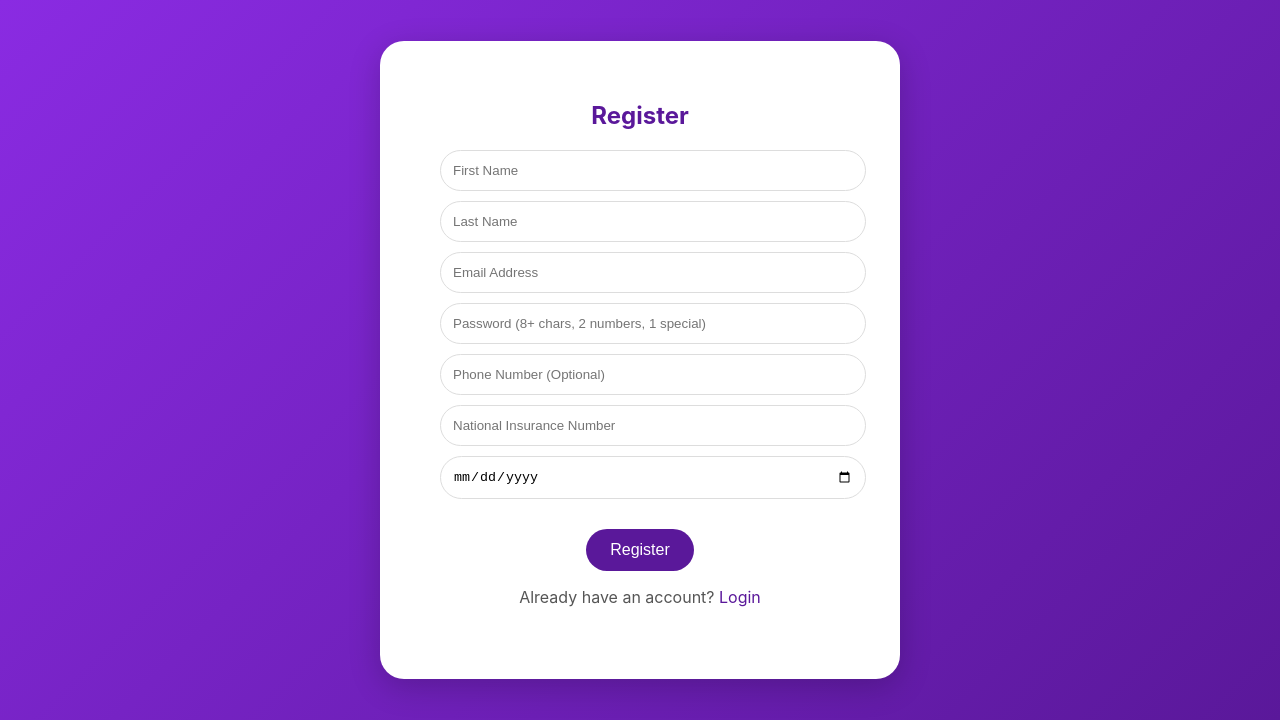
Repository: aab232/https---github.com-aab232-Deferred-Payment-Platform
Page: /register (app in frontend/)
The author's editor kept a copy of each file at every save. The page is drawn from the files as they stood at one save, then again after the next save.
The browser window is 1280 px wide. The pictures show the whole page.
The project was rebuilt for these pictures with package versions that can differ from the ones it lists, and the page was loaded fresh each time. Also part of the build but not shown: frontend/src/components/Home.js, frontend/src/components/Login.js.

Above is the page before, as saved 2025-03-18 00:25:30.

### frontend/src/App.js
import React from 'react';
import { BrowserRouter as Router, Routes, Route } from 'react-router-dom';
import Home from './components/Home';
import Register from './components/Register';
import Login from './components/Login';

const App = () => {
  return (
    <Router>
      <Routes>
        <Route path="/" element={<Home />} />
        <Route path="/login" element={<Login />} />
        <Route path="/register" element={<Register />} />
      </Routes>
    </Router>
  );
};

export default App;

### frontend/src/components/Register.js
import React, { useState } from 'react';
import axios from 'axios';
import { useNavigate } from 'react-router-dom';
import './Form.css';

const Register = () => {
  const [formData, setFormData] = useState({
    first_name: '',
    surname: '',
    email: '',
    password: '',
    phone_number: '',
    ni_number: '',
    date_of_birth: '',
  });

  const navigate = useNavigate();

  // Function to format the date to YYYY-MM-DD
  const formatDateForBackend = (date) => {
    const [day, month, year] = date.split('-'); // Split 'DD-MM-YYYY'
    return `${year}-${month}-${day}`; // Convert to 'YYYY-MM-DD'
  };

  // Handle input change
  const handleChange = (e) => {
    const { name, value } = e.target;
    setFormData({ ...formData, [name]: value });
  };

  // Handle form submission
  const handleSubmit = async (e) => {
    e.preventDefault();
    try {
      // Format the date before sending it to the backend
      const formattedDate = formatDateForBackend(formData.date_of_birth);

      const response = await axios.post('http://localhost:5000/register', { ...formData, date_of_birth: formattedDate });
      alert(response.data.message);
      if (response.data.success) navigate('/login'); // Redirect on successful registration
    } catch (error) {
      console.error('Registration error:', error);
      alert('Registration failed. Please try again.');
    }
  };

  return (
    <div className="container">
      <div className="form-card">
        <h2>Register</h2>
        <form onSubmit={handleSubmit}>
          <input
            type="text"
            name="first_name" // ✅ Match the state key exactly
            placeholder="First Name"
            value={formData.first_name}
            onChange={handleChange}
            required
          />
          <input
            type="text"
            name="surname" // ✅ Match the state key exactly
            placeholder="Last Name"
            value={formData.surname}
            onChange={handleChange}
            required
          />
          <input
            type="email"
            name="email"
            placeholder="Email Address"
            value={formData.email}
            onChange={handleChange}
            required
          />
          <input
            type="password"
            name="password"
            placeholder="Password (8+ chars, 2 numbers, 1 special)"
            value={formData.password}
            onChange={handleChange}
            required
          />
          <input
            type="text"
            name="phone_number" // ✅ Match the state key exactly
            placeholder="Phone Number (Optional)"
            value={formData.phone_number}
            onChange={handleChange}
            maxLength={15}
          />
          <input
            type="text"
            name="ni_number" // ✅ Match the state key exactly
            placeholder="National Insurance Number"
            value={formData.ni_number}
            onChange={handleChange}
            required
          />
          <input
            type="date"
            name="date_of_birth" // ✅ Match the state key exactly
            placeholder="Date of Birth"
            value={formData.date_of_birth}
            onChange={handleChange}
            required
          />
          <button type="submit" className="btn">Register</button>
        </form>
        <p>Already have an account? <span onClick={() => navigate('/login')} className="link">Login</span></p>
      </div>
    </div>
  );
};

export default Register;

### frontend/src/components/Home.css
/* Centering and styling for Home page */
.container {
    display: flex;
    justify-content: center;
    align-items: center;
    height: 100vh; /* Full viewport height */
    background: linear-gradient(135deg, #8a2be2, #5a189a); /* Elegant gradient */
  }

  .card {
    text-align: center;
    background: #fff;
    padding: 40px 60px;
    border-radius: 24px;
    box-shadow: 0 8px 32px rgba(0, 0, 0, 0.2);
    max-width: 400px;
    width: 100%;
  }

  h1 {
    margin-bottom: 16px;
    font-size: 28px;
    color: #5a189a;
  }

  p {
    margin-bottom: 32px;
    font-size: 16px;
    color: #555;
  }

  .button-group {
    display: flex;
    justify-content: space-between;
  }

  .btn {
    padding: 12px 24px;
    font-size: 16px;
    border: none;
    border-radius: 30px; /* Rounded buttons */
    cursor: pointer;
    transition: background 0.3s ease;
    color: white;
    background: #5a189a;
  }

  .btn:hover {
    background: #8a2be2; /* Button hover effect */
  }

### frontend/src/components/Form.css
/* Form Styling for Login & Register */
.container {
    display: flex;
    justify-content: center;
    align-items: center;
    height: 100vh;
    background: linear-gradient(135deg, #8a2be2, #5a189a);
  }

  .form-card {
    background: white;
    padding: 40px 60px;
    border-radius: 24px;
    box-shadow: 0 8px 32px rgba(0, 0, 0, 0.2);
    max-width: 400px;
    width: 100%;
    text-align: center;
  }

  h2 {
    color: #5a189a;
  }

  input {
    display: block;
    width: 100%;
    margin: 10px 0;
    padding: 12px;
    border: 1px solid #ddd;
    border-radius: 30px; /* Rounded inputs */
  }

  .btn {
    padding: 12px 24px;
    margin-top: 20px;
    border-radius: 30px;
    border: none;
    color: white;
    background: #5a189a;
    cursor: pointer;
  }

  .btn:hover {
    background: #8a2be2;
  }

  .link {
    color: #5a189a;
    cursor: pointer;
  }

Loaded but not shown: frontend/public/index.html (common file); frontend/src/index.js (common file); frontend/src/index.css (common file)

After the next save:
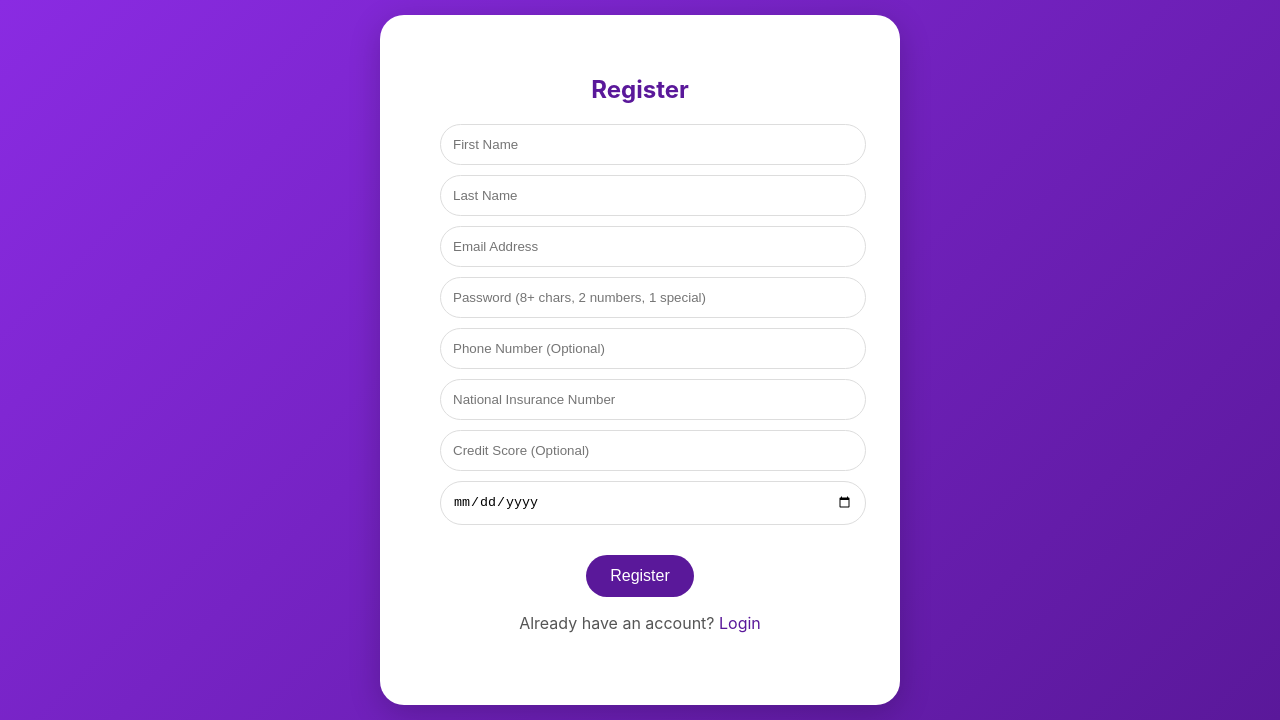
Saved 11 min 3 s later.
--- a/frontend/src/components/Register.js
+++ b/frontend/src/components/Register.js
@@ -96,6 +96,17 @@ const Register = () => {
             value={formData.ni_number}
             onChange={handleChange}
             required
+
+          />
+          <input
+          type="number"
+          name="credit_score"
+          placeholder="Credit Score (Optional)"
+          value={formData.credit_score}
+          onChange={handleChange}
+            min="300"
+            max="999"
+
           />
           <input
             type="date"
